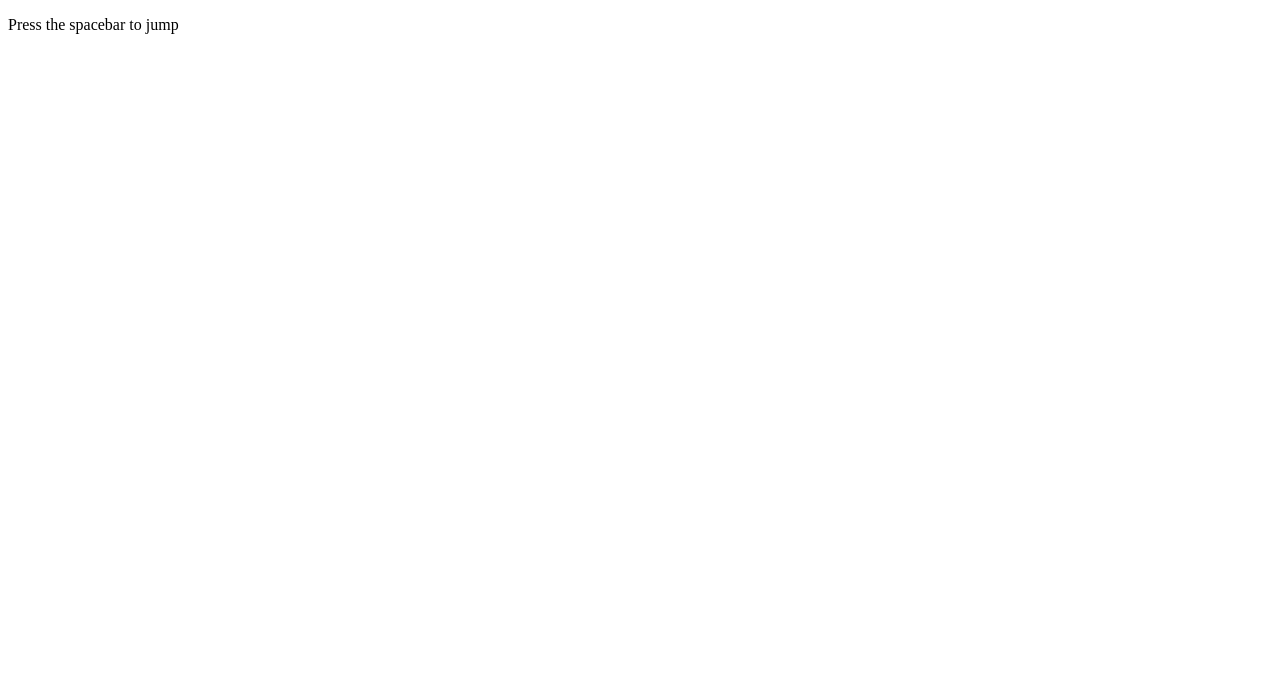
Repository: bubble501/CSCI630_Ektaa
Page: Flappy Bird/WebContent/index.html
An editor plug-in stored every save of this project. The page is shown before and after the next save, followed by the edit.
The browser window is 1280 px wide. The pictures show the whole page.

Above is the page before, as saved 2015-04-22 05:08:07.
Console error: ReferenceError: gameDiv is not defined

### Flappy Bird/WebContent/index.html
<!DOCTYPE html>

<html>
	<head>
		<meta charset= "utf-8" />
		<title> My Flappy Bird</title>

		<script type="text/javascript" src="./js/phaser.min.js"></script>
		<script type="text/javascript" src="./js/demo.js"></script>
	</head>
	<body>
		<p>Press the spacebar to jump</p>
		<div id="gameDiv"></div>
	</body>
</html>

### Flappy Bird/WebContent/js/demo.js
/**
 *
 */

var game=new Phaser.Game(800,600,Phaser.AUTO, gameDiv, {preload: preload, create: create, update: update});

function preload()
{
}

function create()
{
}

function update()
{
}

Loaded but not shown: Flappy Bird/WebContent/js/phaser.min.js (library)

After the next save:
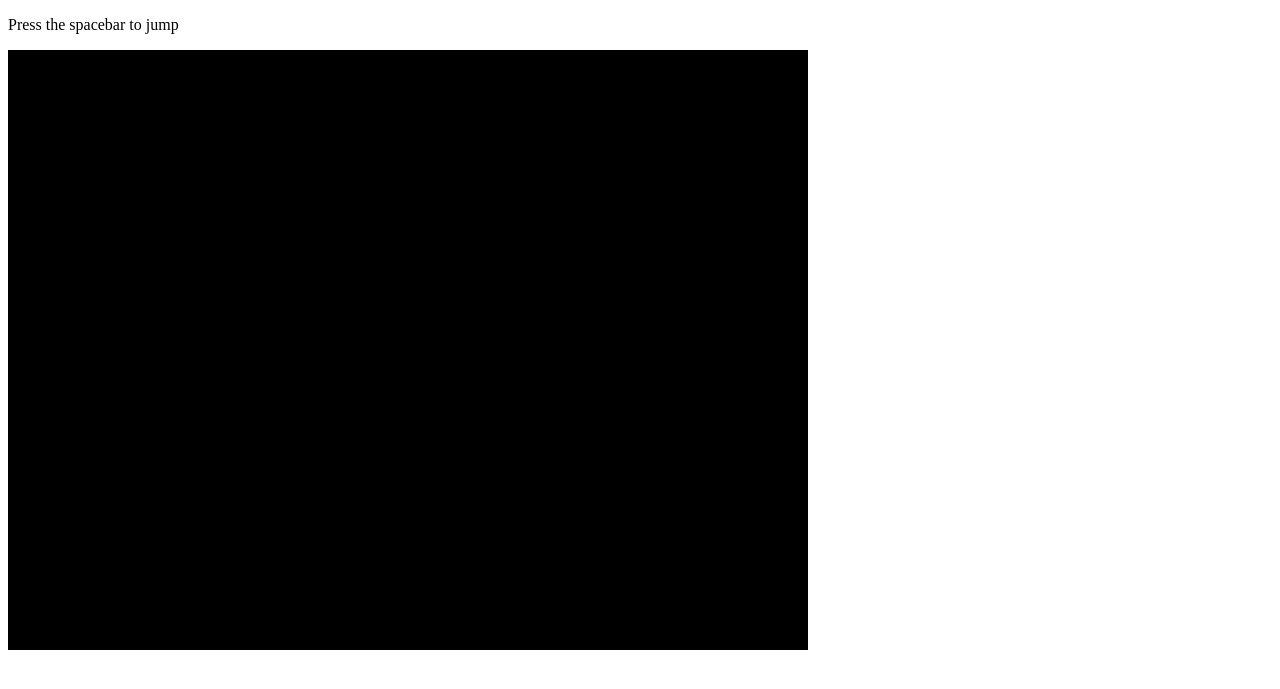
The error is gone.
Saved 73 s later.
--- a/Flappy Bird/WebContent/js/demo.js
+++ b/Flappy Bird/WebContent/js/demo.js
@@ -2,7 +2,7 @@
  *
  */
 
-var game=new Phaser.Game(800,600,Phaser.AUTO, gameDiv, {preload: preload, create: create, update: update});
+var game=new Phaser.Game(800,600,Phaser.AUTO, ' ', {preload: preload, create: create, update: update});
 
 function preload()
 {
